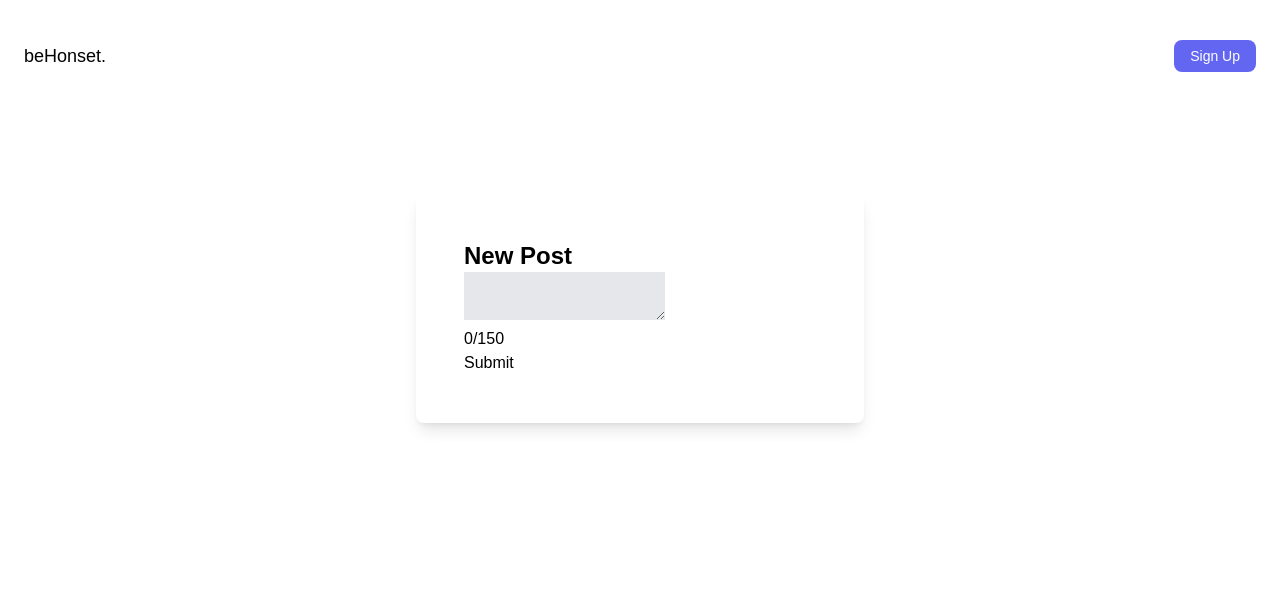
Repository: aidenfine/be-honset
Page: /new-post
These files come from the project's save history. The page is drawn as it stood at one moment and after the next save; the edit follows.
The browser window is 1280 px wide. The pictures show the whole page.
The page's requests for data from a server got no answer. The project was rebuilt for these pictures with package versions that can differ from the ones it lists, and the page was loaded fresh each time. The framework's server and built-in components were replaced by stand-ins that run in the browser. No one was signed in, and anything a server would have sent is missing. Also part of the build but not shown: next.config.js.

Above is the page before, as saved 2022-10-26 20:02:29.

After the next save:
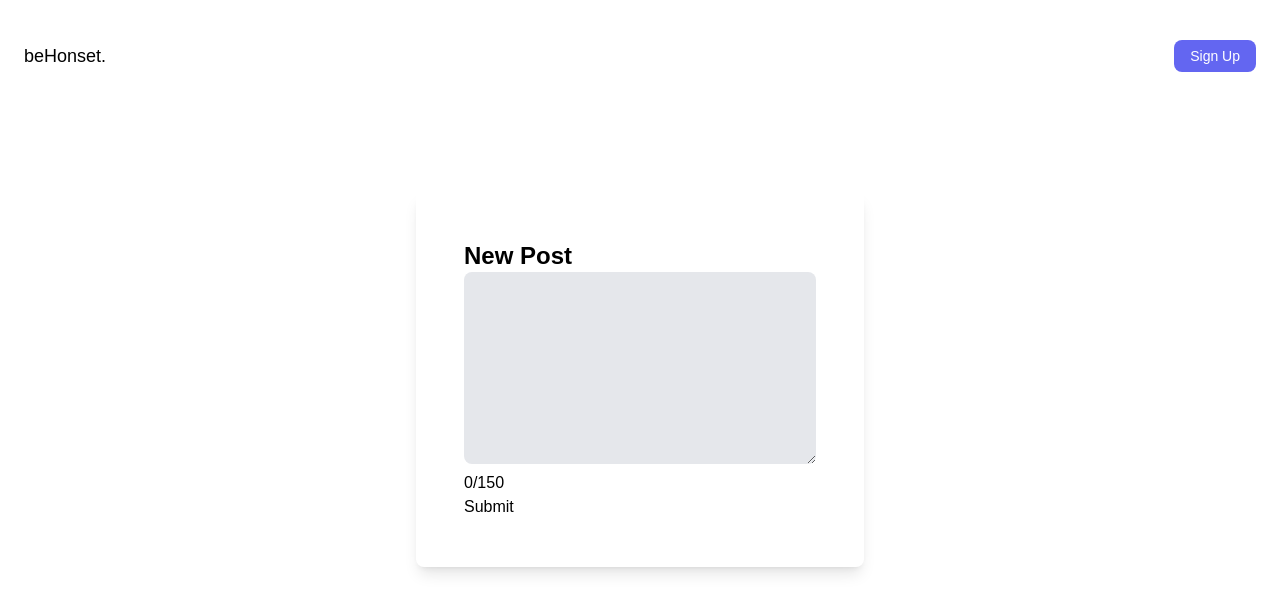
Saved 20 s later.
--- a/pages/new-post.js
+++ b/pages/new-post.js
@@ -11,7 +11,7 @@
             <form>
                 <h1 className='text-2xl font-bold'>New Post</h1>
                 <div>
-                    <textarea className='bg-gray-200'></textarea>
+                    <textarea className='bg-gray-200 h-48 w-full text-white rounded-lg text-sm'></textarea>
                     <p>0/150</p>
                 </div>
                 <button>Submit</button>
